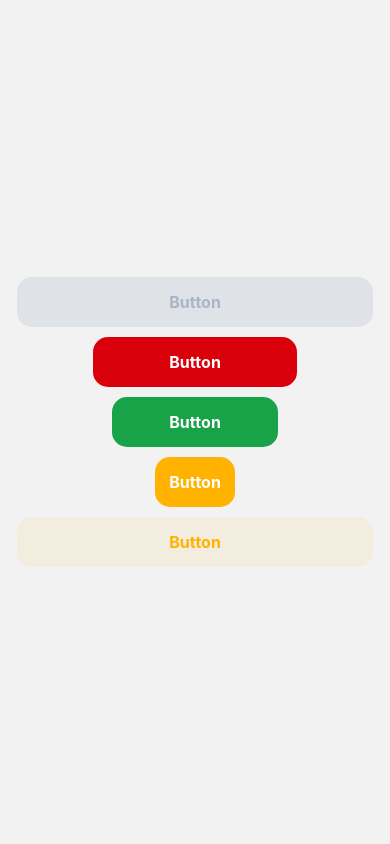
Repository: hungdomanh95/setuptheme
Screen: /
The author's editor kept a copy of each file at every save. The screen is drawn from the files as they stood at one save, then again after a run of saves.
The app was drawn by React Native's web renderer in a window 390 px wide. The project was rebuilt for these pictures with package versions that can differ from the ones it lists, and the page was loaded fresh each time. Also part of the build but not shown: src/components/Fade/index.js, src/components/Slide/index.js.

Above is the screen before, as saved 2022-05-17 11:57:10.

After the next 4 saves:
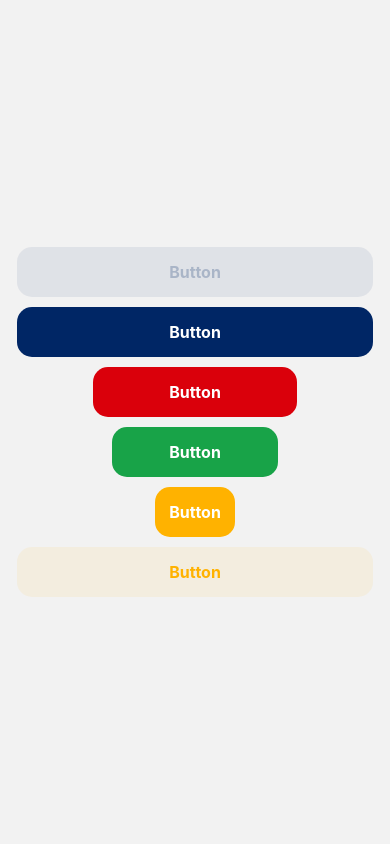
The 4 saves are shown as one change because they came seconds apart.
The last was saved 10 s later.
--- a/src/screens/HomeScreen/index.js
+++ b/src/screens/HomeScreen/index.js
@@ -10,6 +10,7 @@ const hanle = () => {
   return (
     <View style={styles.container}>
       <RNButton text="Button" type={'primary'} size={'fullsize'} onPress={hanle} disabled={true} />
+      <RNButton text="Button" type={'primary'} size={'fullsize'} onPress={hanle} />
       <RNButton text="Button" type={'danger'} size={'medium'} />
       <RNButton text="Button" type={'success'} size={'small'} />
       <RNButton text="Button" type={'warning'} size={80} />
